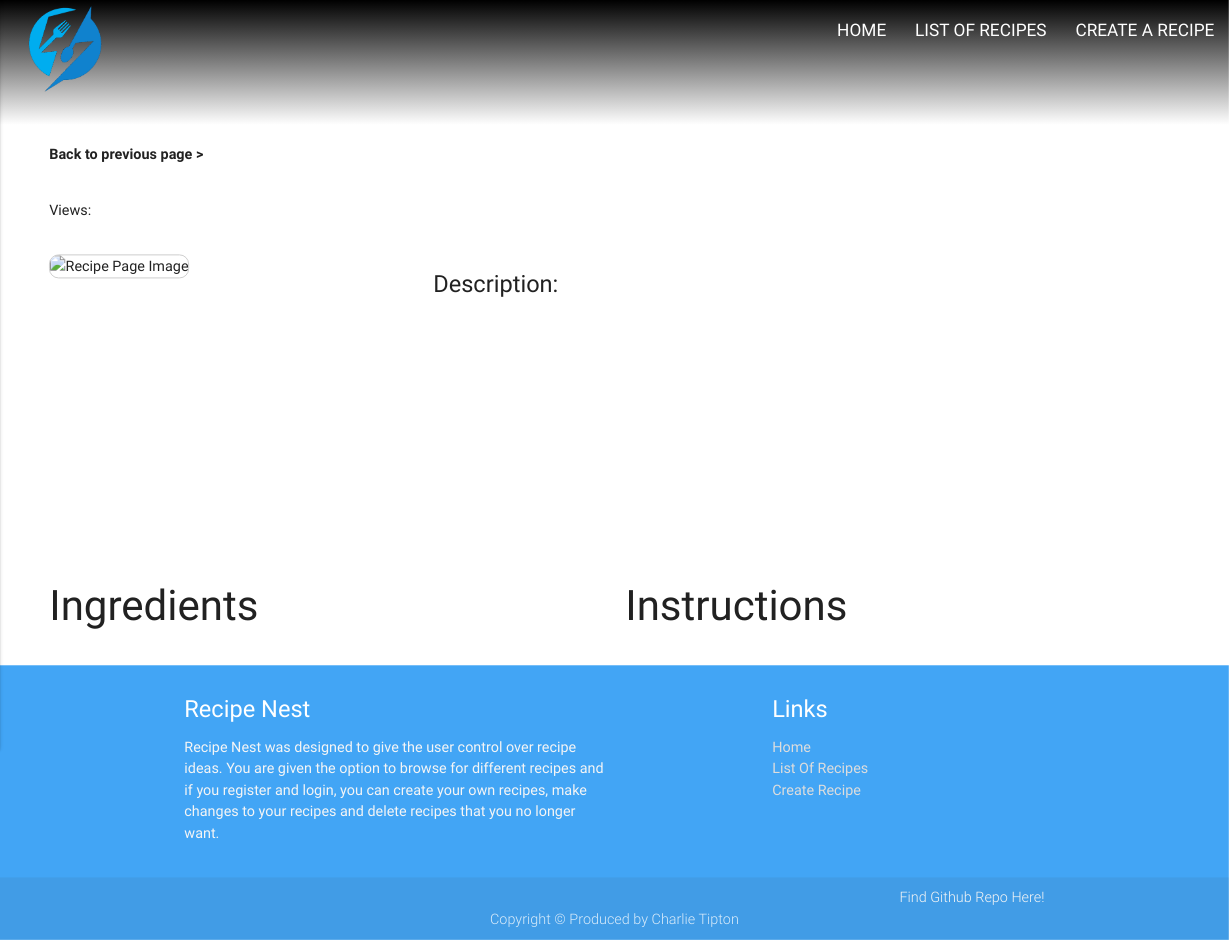
Repository: CharlieJT/Recipes
Page: templates/recipe.html
The author's editor kept a record of every edit. The page is drawn from the files as they stood at one moment, then again after the next edit.
The browser window is 1280 px wide. The pictures show the whole page, at 96% of full size.
Some web libraries are served in a nearby version. The page is served by the project's application, run on Flask 3 (app.py). The template is opened directly, without the code that normally fills it, so the values that code supplies are empty.

Above is the page before.

After the next edit:
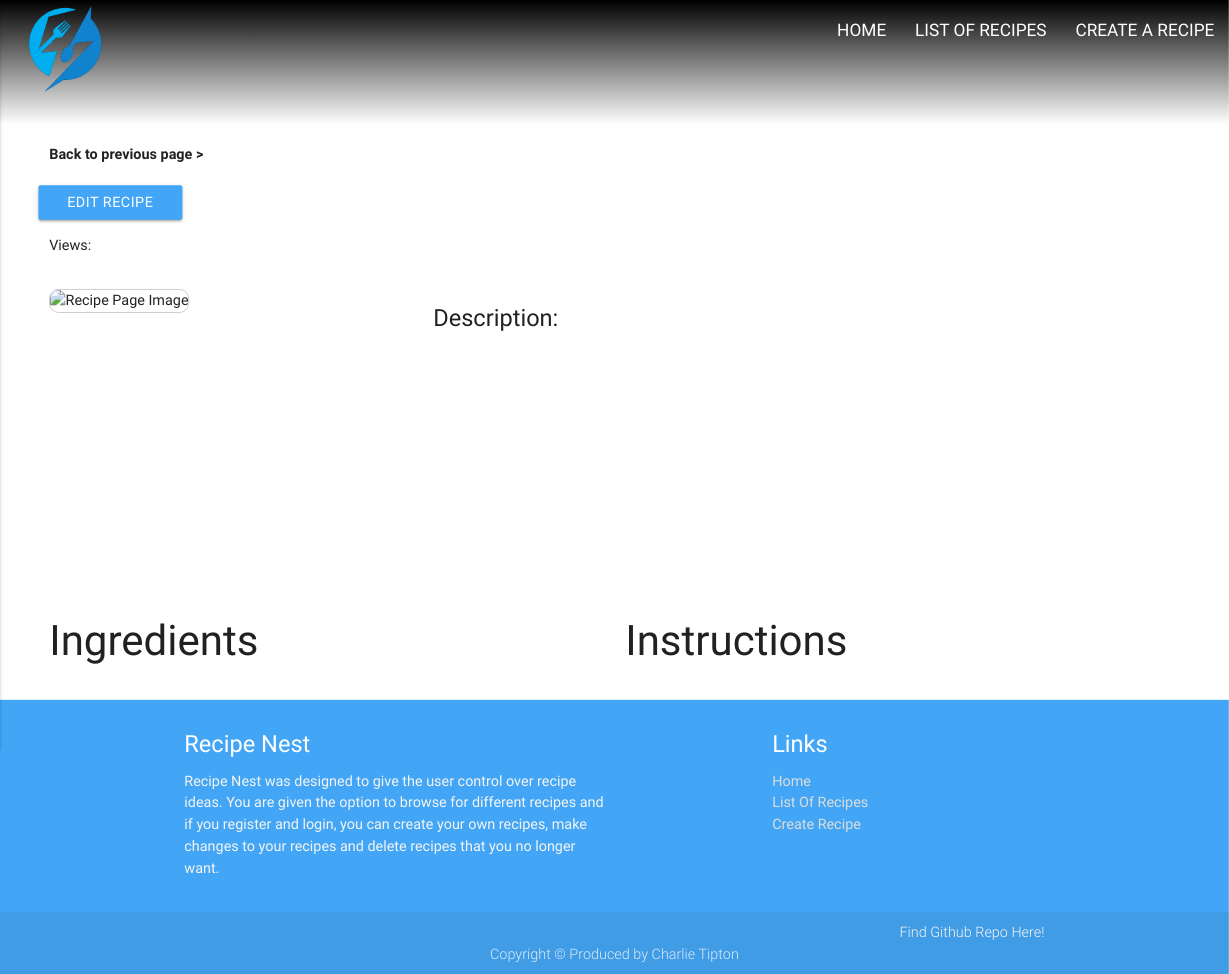
The edit:
--- a/templates/recipe.html
+++ b/templates/recipe.html
@@ -22,6 +22,11 @@
                     {{ recipe.recipe_name }}
                 </span>
             </div>
+
+        </div>
+        <div class="col">
+            <button class="btn waves-effect waves-light blue lighten-1 create-recipe-submit-button" type="submit" name="action">Edit Recipe</button>
+            <!--<button class="btn waves-effect waves-light blue lighten-1 create-recipe-submit-button" type="submit" name="action">Delete Recipe</button>-->
         </div>
         <!-- Views of Recipe -->
         <div class="row">
